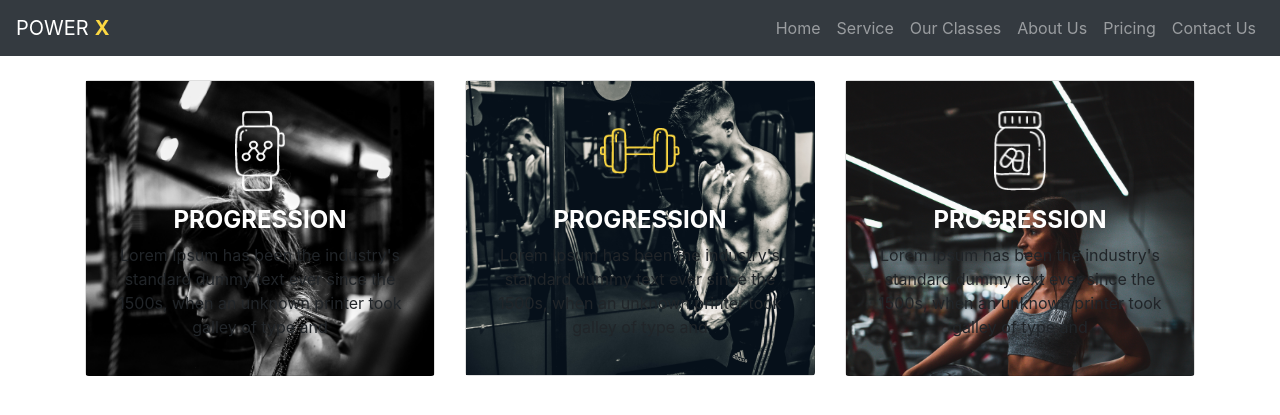
Repository: arif286/power-x-gym
Page: /
The author's editor kept a copy of each file at every save. The page is drawn from the files as they stood at one save, then again after the next save.
The browser window is 1280 px wide. The pictures show the whole page.
The project was rebuilt for these pictures with package versions that can differ from the ones it lists, and the page was loaded fresh each time.

Above is the page before, as saved 2021-04-06 19:10:19.

### src/index.js
import React from 'react';
import ReactDOM from 'react-dom';
import App from './App';
import "./index.css";
import reportWebVitals from './reportWebVitals';
ReactDOM.render(
  <React.StrictMode>
    <App />
  </React.StrictMode>,
  document.getElementById('root')
);

// If you want to start measuring performance in your app, pass a function
// to log results (for example: reportWebVitals(console.log))
// or send to an analytics endpoint. Learn more: https://bit.ly/CRA-vitals
reportWebVitals();

### src/App.js
import "bootstrap/dist/css/bootstrap.min.css";
import React from 'react';
import { BrowserRouter as Router, Route, Switch } from "react-router-dom";
import Header from './components/Header/Header';
import Home from './components/Home/Home';
function App() {
  return (
    <div>
      <Router>
        <Header/>
        <Switch>
          <Route path='/home'>
            <Home/>
          </Route>
          <Route exact path='/'>
            <Home/>
          </Route>
        </Switch>
      </Router>
    </div>
  );
}

export default App;

### src/components/Header/Header.js
import React from "react";
import { Nav, Navbar } from "react-bootstrap";


const Header = () => {

  return (
    <div>
      <Navbar bg="dark" variant="dark">
        <Navbar.Brand href="#home">
          POWER
          <span style={{ color: "#FCD842",marginLeft:'6px', fontWeight:700 }}>X</span>
        </Navbar.Brand>
        <Nav className="ml-auto">
          <Nav.Link href="#home">Home</Nav.Link>
          <Nav.Link href="#features">Service</Nav.Link>
          <Nav.Link href="#features">Our Classes</Nav.Link>
          <Nav.Link href="#features">About Us</Nav.Link>
          <Nav.Link href="#features">Pricing</Nav.Link>
          <Nav.Link href="#pricing">Contact Us</Nav.Link>
        </Nav>
      </Navbar>
      <br />
    </div>
  );
};

export default Header;

### src/components/Home/Home.js
import React from "react";
import WorkOut from "../WorkOut/WorkOut";

const Home = () => {
  return (
    <>
     <WorkOut/>
    </>
  );
};

export default Home;

### src/components/WorkOut/WorkOut.js
import React from "react";
import { Card, Col, Container, Row } from "react-bootstrap";
import watch from "../../power-x-gym/Image & Icon/Group 80.png";
import dumble from "../../power-x-gym/Image & Icon/Group 81.png";
import box from "../../power-x-gym/Image & Icon/Group 82.png";
import "./WorkOut.css";

const WorkOut = () => {
  return (
    <>
      <Container>
        <Row className="row-cols-1 row-cols-md-3 g-4">
          <Col>
            <Card className="hard-work work-card h-100">
              <Card.Body className="text-center">
                <img src={watch} className="work-img" alt="" />
                <h4>Progression</h4>
                <p>
                  Lorem Ipsum has been the industry's standard dummy text ever
                  since the 1500s, when an unknown printer took galley of type
                  and
                </p>
              </Card.Body>
            </Card>
          </Col>
          <Col>
            <Card className="work-out work-card h-100">
              <Card.Body className="text-center">
                <img className="work-img" src={dumble} alt="" />
                <h4>Progression</h4>
                <p>
                  Lorem Ipsum has been the industry's standard dummy text ever
                  since the 1500s, when an unknown printer took galley of type
                  and
                </p>
              </Card.Body>
            </Card>
          </Col>
          <Col>
            <Card className="nutrition work-card h-100">
              <Card.Body className="text-center">
                <img className="work-img" src={box} alt="" />
                <h4>Progression</h4>
                <p>
                  Lorem Ipsum has been the industry's standard dummy text ever
                  since the 1500s, when an unknown printer took galley of type
                  and
                </p>
              </Card.Body>
            </Card>
          </Col>
        </Row>
      </Container>
    </>
  );
};

export default WorkOut;

### src/components/WorkOut/WorkOut.css
.hard-work {
  background-image: url("../../power-x-gym/Image & Icon/hipcravo-5UbIqV58CW8-unsplash.jpg");
}
.work-out {
  background-image: url("../../power-x-gym/Image & Icon/daniel-apodaca-WdoQio6HPVA-unsplash.jpg");
}
.nutrition {
  background-image: url("../../power-x-gym/Image & Icon/penguinuhh-8VI6WwEEEHw-unsplash.jpg");
}
.work-card {
  background-repeat: no-repeat;
  background-size: cover;
}
.work-img {
  width: 80px;
  height: 80px;
  object-fit: contain;
  margin-bottom: 15px;
  margin-top: 10px;
}
.work-card h4 {
  color: white;
  text-transform: uppercase;
  font-weight: 700;
}

Loaded but not shown: public/index.html (common file); src/index.css (common file); src/reportWebVitals.js (common file)

After the next save:
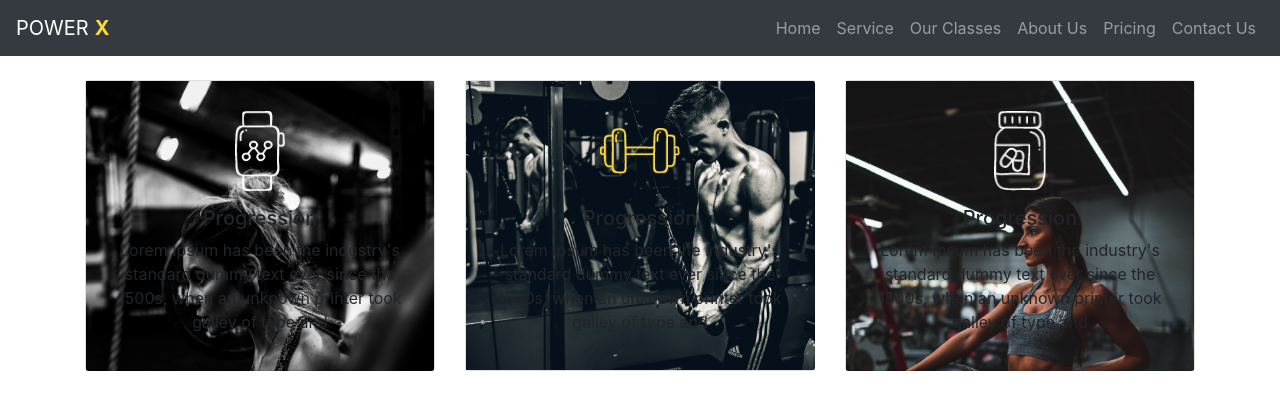
Saved 24 s later.
--- a/src/components/WorkOut/WorkOut.js
+++ b/src/components/WorkOut/WorkOut.js
@@ -12,9 +12,9 @@ const WorkOut = () => {
         <Row className="row-cols-1 row-cols-md-3 g-4">
           <Col>
             <Card className="hard-work work-card h-100">
-              <Card.Body className="text-center">
+              <Card.Body className="text-center ">
                 <img src={watch} className="work-img" alt="" />
-                <h4>Progression</h4>
+                <h5>Progression</h5>
                 <p>
                   Lorem Ipsum has been the industry's standard dummy text ever
                   since the 1500s, when an unknown printer took galley of type
@@ -27,7 +27,7 @@ const WorkOut = () => {
             <Card className="work-out work-card h-100">
               <Card.Body className="text-center">
                 <img className="work-img" src={dumble} alt="" />
-                <h4>Progression</h4>
+                <h5>Progression</h5>
                 <p>
                   Lorem Ipsum has been the industry's standard dummy text ever
                   since the 1500s, when an unknown printer took galley of type
@@ -40,7 +40,7 @@ const WorkOut = () => {
             <Card className="nutrition work-card h-100">
               <Card.Body className="text-center">
                 <img className="work-img" src={box} alt="" />
-                <h4>Progression</h4>
+                <h5>Progression</h5>
                 <p>
                   Lorem Ipsum has been the industry's standard dummy text ever
                   since the 1500s, when an unknown printer took galley of type
